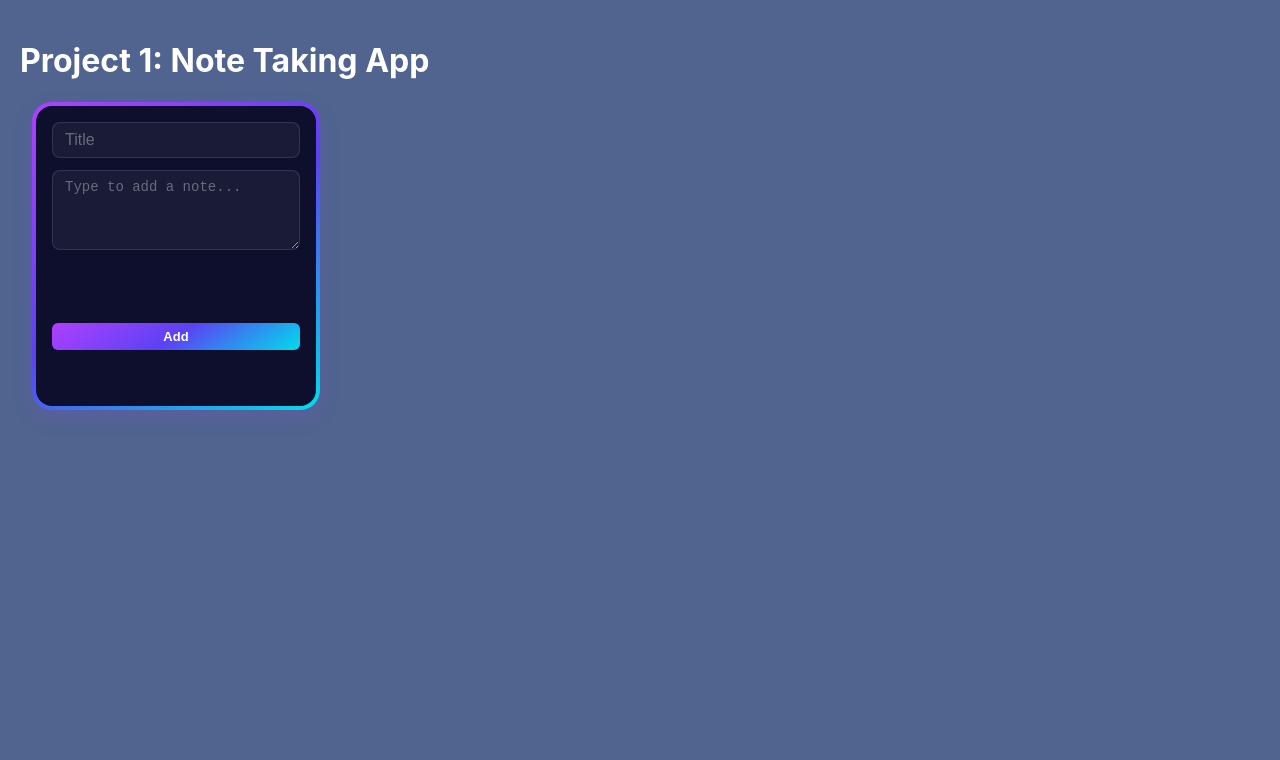
Repository: AJANI2005/Notes-App
Page: /
An editor plug-in stored every save of this project. The page is shown before and after the next save, followed by the edit.
The browser window is 1280 px wide. The pictures show the whole page.
The project was rebuilt for these pictures with package versions that can differ from the ones it lists, and the page was loaded fresh each time. Also part of the build but not shown: vite.config.ts, src/App.css, src/style/dialogbox.css, src/DialogBox.tsx.

Above is the page before, as saved 2025-07-31 18:56:58.

### src/index.css
:root {
  font-family: system-ui, Avenir, Helvetica, Arial, sans-serif;
  font-synthesis: none;
  text-rendering: optimizeLegibility;
  -webkit-font-smoothing: antialiased;
  -moz-osx-font-smoothing: grayscale;
}

body {
    margin: 0;
    font-family: 'Inter', sans-serif;
    min-height: 100vh;
    padding: 20px;
    background-color: #50648f;
    color: white;
}

### src/App.tsx
import { useEffect, useState } from 'react';

// styles
import "./App.css"
import "./style/note.css"
import DialogBox from './DialogBox';


interface Note {
  id: number
  title: string;
  text: string;
}

const Note = () => {
  const [text, setText] = useState('');
  const [title, setTitle] = useState('');


  //Initialize Local Storage
  useEffect(() => {
    if (!localStorage.getItem("notes")) {
      localStorage.setItem("notes", JSON.stringify([]))
    }
    if (localStorage.getItem("title")) {
      setTitle(JSON.parse(localStorage.getItem("title")!))
    }
    if (localStorage.getItem("text")) {
      setText(JSON.parse(localStorage.getItem("text")!))
    }
  }, [])

  // Store Current Data (On Refresh)
  useEffect(() => {
    if (text === '' && title === '') return
    localStorage.setItem("title", JSON.stringify(title))
    localStorage.setItem("text", JSON.stringify(text))
  }, [text, title])

  const createNote = () => {
    const note = {
      id: Date.now(),
      title: title,
      text: text
    } as Note

    // add note
    const notes = JSON.parse(localStorage.getItem("notes")!)
    notes.push(note)
    localStorage.setItem("notes", JSON.stringify(notes))

    // reset state
    setTitle("")
    setText("")
    localStorage.setItem("title", JSON.stringify(""))
    localStorage.setItem("text", JSON.stringify(""))
  }

  return (
    <form className='note'>
      <div className="note-content">
        <input
          value={title}
          placeholder='Title'
          onChange={(e) => setTitle(e.target.value)}
          type="text" className='note-title-input' />
        <textarea
          value={text}
          onChange={(e) => setText(e.target.value)}
          className='note-input'
          placeholder='Type to add a note...'></textarea>
        <button className='addBtn' onClick={createNote}>Add</button>
      </div>

    </form>
  )
}

function App() {

  const [notes, setNotes] = useState([]);



  const [editing, setEditing] = useState(false);
  const [currentNote, setCurrentNote] = useState<Note | undefined>(undefined);


  //Initialize Local Storage
  useEffect(() => {
    if (localStorage.getItem("notes")) {
      setNotes(JSON.parse(localStorage.getItem("notes")!))
    }
  }, [])

  //Save current note
  const saveNote = () => {
    const notes = JSON.parse(localStorage.getItem("notes")!)
    const index = notes.findIndex((note: Note) => note.id === currentNote?.id)
    notes[index] = currentNote
    localStorage.setItem("notes", JSON.stringify(notes))
    setEditing(false)
    // refresh
    window.location.reload()
  }
  //Delete note
  const deleteNote = () => {
    const notes = JSON.parse(localStorage.getItem("notes")!)
    const index = notes.findIndex((note: Note) => note.id === currentNote?.id)
    notes.splice(index, 1)
    localStorage.setItem("notes", JSON.stringify(notes))
    setEditing(false)
    // refresh
    window.location.reload()
  }

  return (
    <div className='app'>
      <h1>Project 1: Note Taking App</h1>
      <Note />
      {/* Display Notes */}
      <div className='notes-grid'>
        {notes.map((note: Note, index) => (
          <div key={index} className='note'>
            <div className='note-content'>
              <h2 className='note-title'>{note.title}</h2>
              <p className='note-text'>{note.text}</p>
              <button className='deleteBtn'
                onClick={deleteNote}>✖</button>
              <button className='editBtn' onClick={() => {
                setEditing(true);
                setCurrentNote(note);
              }}
              >📝</button>
            </div>
          </div>))}
      </div>

      {/* Edit Dialog Box */}
      <DialogBox isOpen={editing} onClose={() => setEditing(false)}>
        <form className='note'>
          <div className='note-content'>
            <input
              value={currentNote?.title}
              placeholder='Title'
              onChange={(e) => setCurrentNote({ ...currentNote, title: e.target.value } as Note)}
              type="text" className='note-title-input' />

            <textarea
              value={currentNote?.text}
              onChange={(e) => setCurrentNote({ ...currentNote, text: e.target.value } as Note)}
              className='note-input'
              placeholder='Type to add a note...'></textarea>

            <button className='addBtn' onClick={() => {
              saveNote()
              setEditing(false)
            }}>Save</button>
          </div>
        </form>
      </DialogBox>
    </div>
  )
}

export default App

### src/style/note.css
/* Make all elements respect card boundaries */
/* --- Note Card --- */
.note {
  display: flex;
  flex-direction: column;
  width: 280px;
  height: 300px;
  padding: 4px; /* Gradient border thickness */
  border-radius: 20px;
  background: linear-gradient(145deg, #af40ff, #5b42f3 50%, #00ddeb);
  box-shadow: rgba(151, 65, 252, 0.15) 0 8px 20px;
  margin: 12px;
  position: relative;
  transition: transform 0.2s ease, box-shadow 0.2s ease;
  overflow: hidden; /* ensures no element spills outside */
}

.note:hover {
  transform: translateY(-4px);
  box-shadow: rgba(151, 65, 252, 0.25) 0 12px 28px;
}

/* Inner dark surface */
.note-content {
  flex: 1;
  display: flex;
  flex-direction: column;
  gap: 12px;
  padding: 16px;
  padding-bottom: 56px; /* space for buttons */
  border-radius: 16px;
  background: #0d0f2d;
  color: white;
  position: relative;
  overflow: hidden;
}

/* --- Inputs --- */
.note-title-input,
.note-input {
  box-sizing: border-box;
  width: 100%;
  border-radius: 8px;
  border: 1px solid rgba(255, 255, 255, 0.12);
  background: rgba(255, 255, 255, 0.05);
  color: white;
  outline: none;
  padding: 8px 12px;
  transition: 0.2s border-color, 0.2s background-color;
}

.note-title-input::placeholder,
.note-input::placeholder {
  color: rgba(255, 255, 255, 0.35);
}

.note-title-input {
  font-size: 16px;
  font-weight: 500;
}

.note-input {
  min-height: 80px;
  font-size: 14px;
  resize: vertical;
}

.note-title-input:focus,
.note-input:focus {
  border-color: #5b42f3;
  background: rgba(255, 255, 255, 0.1);
}

/* --- Buttons --- */
.addBtn,
.deleteBtn,
.editBtn {
  border: none;
  padding: 6px 12px;
  font-size: 13px;
  font-weight: 600;
  border-radius: 6px;
  cursor: pointer;
  color: white;
  transition: transform 0.2s ease, filter 0.2s ease;
}

/* Primary Add Button */
.addBtn {
  background: linear-gradient(145deg, #af40ff, #5b42f3 50%, #00ddeb);
  margin-top: auto;
}

.addBtn:hover {
  transform: scale(1.05);
  filter: brightness(1.1);
}

/* Action buttons at bottom-left */
.deleteBtn,
.editBtn {
  position: absolute;
  bottom: 12px;
}

.deleteBtn {
  left: 12px;
  background: linear-gradient(145deg, #ff416c, #ff4b2b); /* neon pink-red */
}

.deleteBtn:hover {
  transform: scale(1.05);
  filter: brightness(1.1);
}

.editBtn {
  left: 60px;
  background: linear-gradient(145deg, #00c9ff, #92fe9d); /* cyan-green neon */
  color: #0d0f2d;
}

.editBtn:hover {
  transform: scale(1.05);
  filter: brightness(1.1);
}

/* --- Note Display --- */
.note-title {
  font-size: 18px;
  font-weight: 600;
  color: white;
  margin-bottom: 4px;
}

.note-text {
  font-size: 14px;
  color: rgba(255, 255, 255, 0.85);
  line-height: 1.5;
  white-space: pre-wrap;
}

/* --- Grid for Notes --- */
.notes-grid {
  display: grid;
  grid-template-columns: repeat(auto-fill, minmax(250px, 1fr));
  gap: 24px;
  padding: 20px;
  justify-items: center;
}

Loaded but not shown: index.html (common file); src/main.tsx (common file)

After the next save:
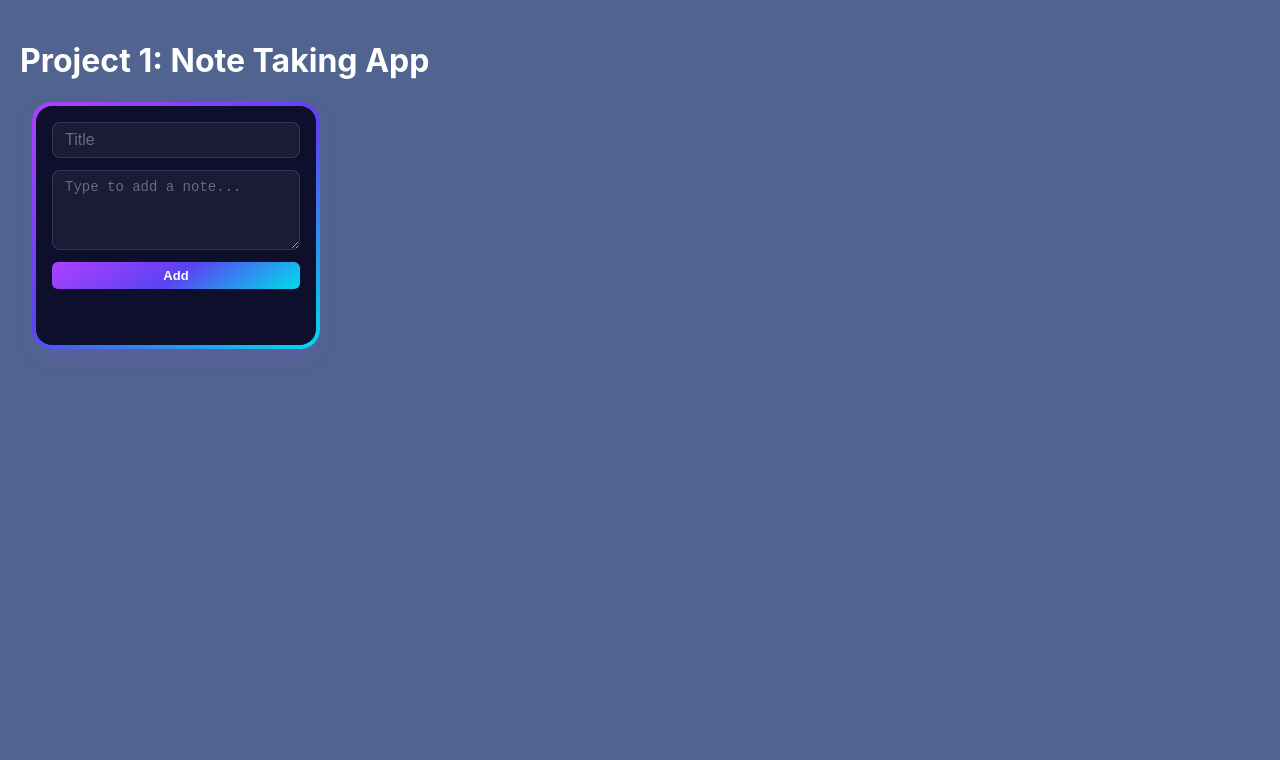
Saved 2 min 20 s later.
--- a/src/style/note.css
+++ b/src/style/note.css
@@ -4,7 +4,6 @@
   display: flex;
   flex-direction: column;
   width: 280px;
-  height: 300px;
   padding: 4px; /* Gradient border thickness */
   border-radius: 20px;
   background: linear-gradient(145deg, #af40ff, #5b42f3 50%, #00ddeb);

After the save that followed:
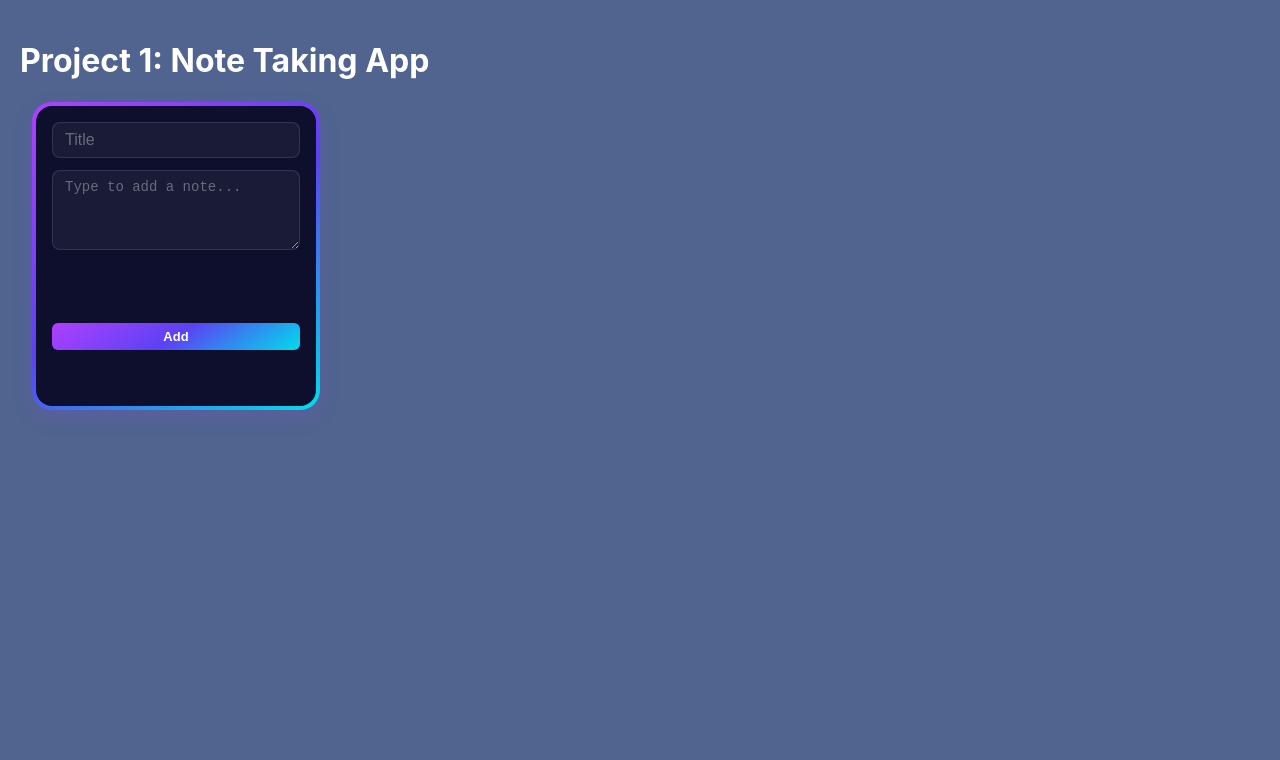
Saved 10 s later.
--- a/src/style/note.css
+++ b/src/style/note.css
@@ -4,6 +4,7 @@
   display: flex;
   flex-direction: column;
   width: 280px;
+  min-height: 300px;
   padding: 4px; /* Gradient border thickness */
   border-radius: 20px;
   background: linear-gradient(145deg, #af40ff, #5b42f3 50%, #00ddeb);
